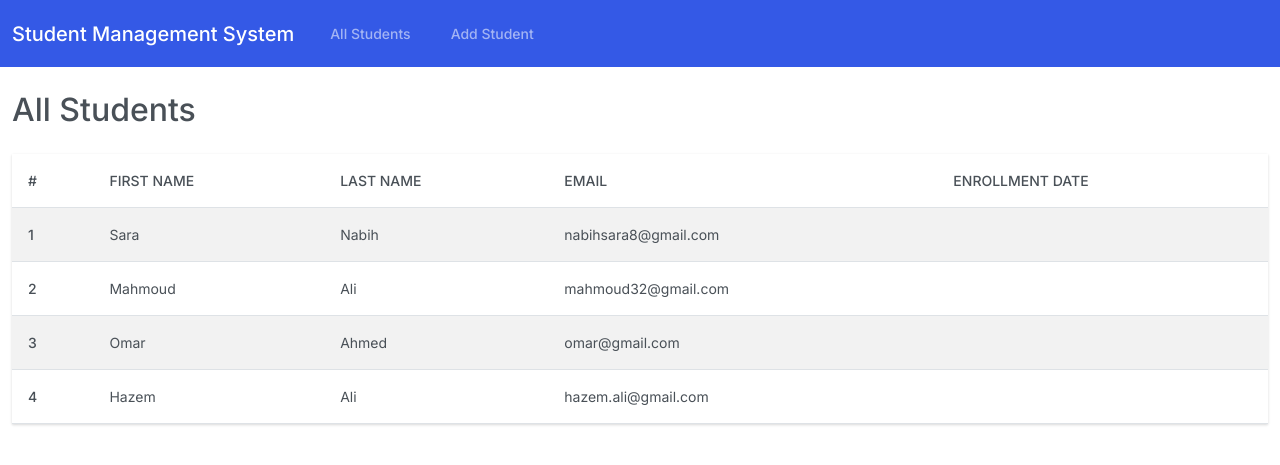
Repository: saraanbih/Student-Management-System
Page: http://localhost/
These files come from the project's save history. The page is drawn as it stood at one moment and after a run of saves; the edit follows.
The browser window is 1280 px wide. The pictures show the whole page.
The page is served by the project's application, run on Django 5.2 (manage.py). The page reads the database file committed with the project.

Above is the page before, as saved 2025-09-11 15:30:43.

After the next 2 saves:
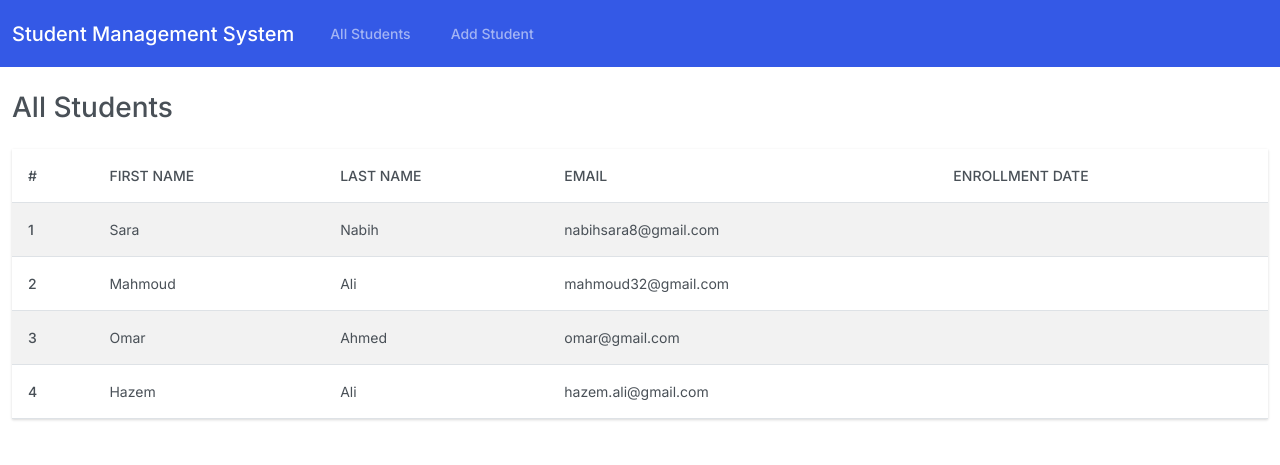
The 2 saves are shown as one change because they came seconds apart.
The last was saved 10 s later.
--- a/students/templates/students/index.html
+++ b/students/templates/students/index.html
@@ -36,7 +36,7 @@
     </nav>
 
     <div class="container-fluid my-4 flex-grow-1">
-          <h2 class="mb-4">All Students</h2>
+          <h3 class="mb-4">All Students</h3>
           <table class="table table-striped">
             <thead>
               <tr>
